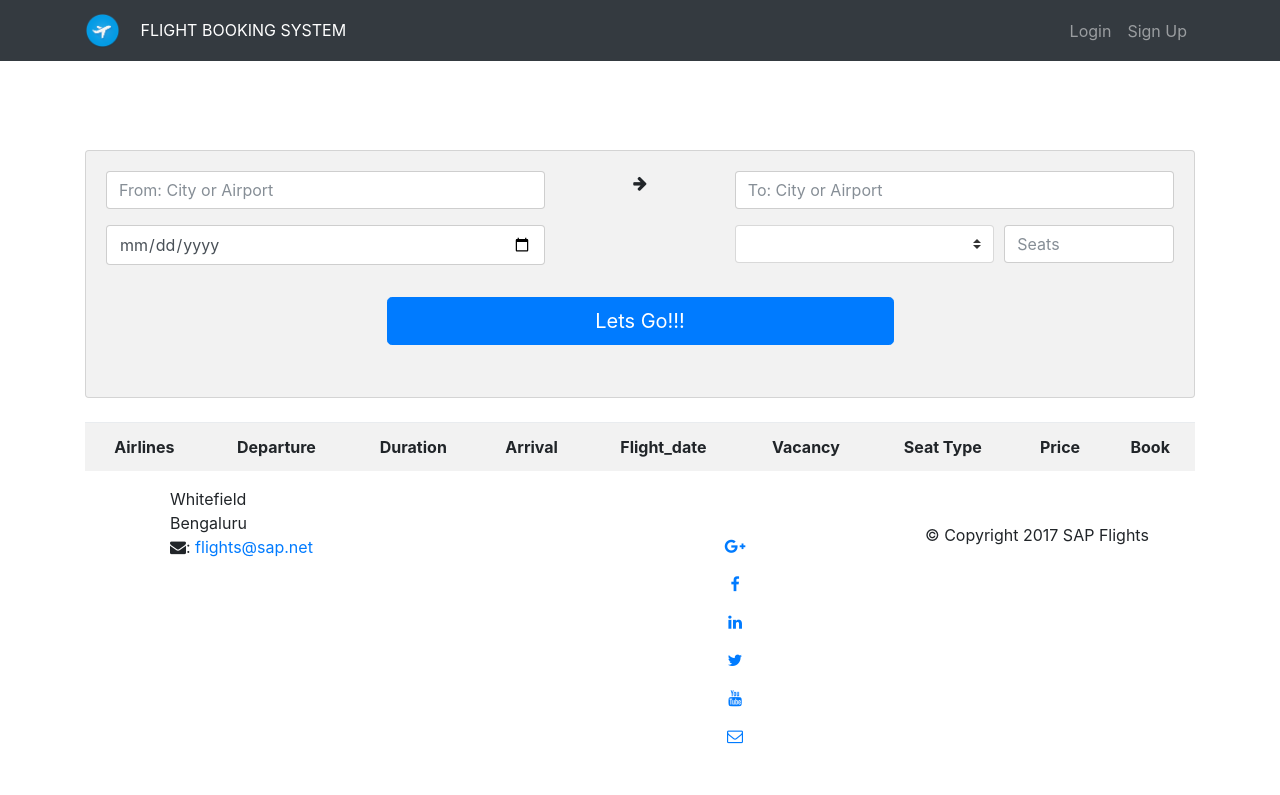
Repository: yashtatia/Spring-Practice
Page: http://localhost/FitnessTracker/WEB-INF/jsp/flightpage.jsp
These files come from the project's save history. The page is drawn as it stood at one moment and after the next save; the edit follows.
The browser window is 1280 px wide. The pictures show the whole page.
Some web libraries are served in a nearby version. The page is served by Tomcat 9. Nobody is signed in. The template is opened directly, without the code that normally fills it, so the values that code supplies are empty.

Above is the page before, as saved 2017-09-05 20:14:32.

After the next save:
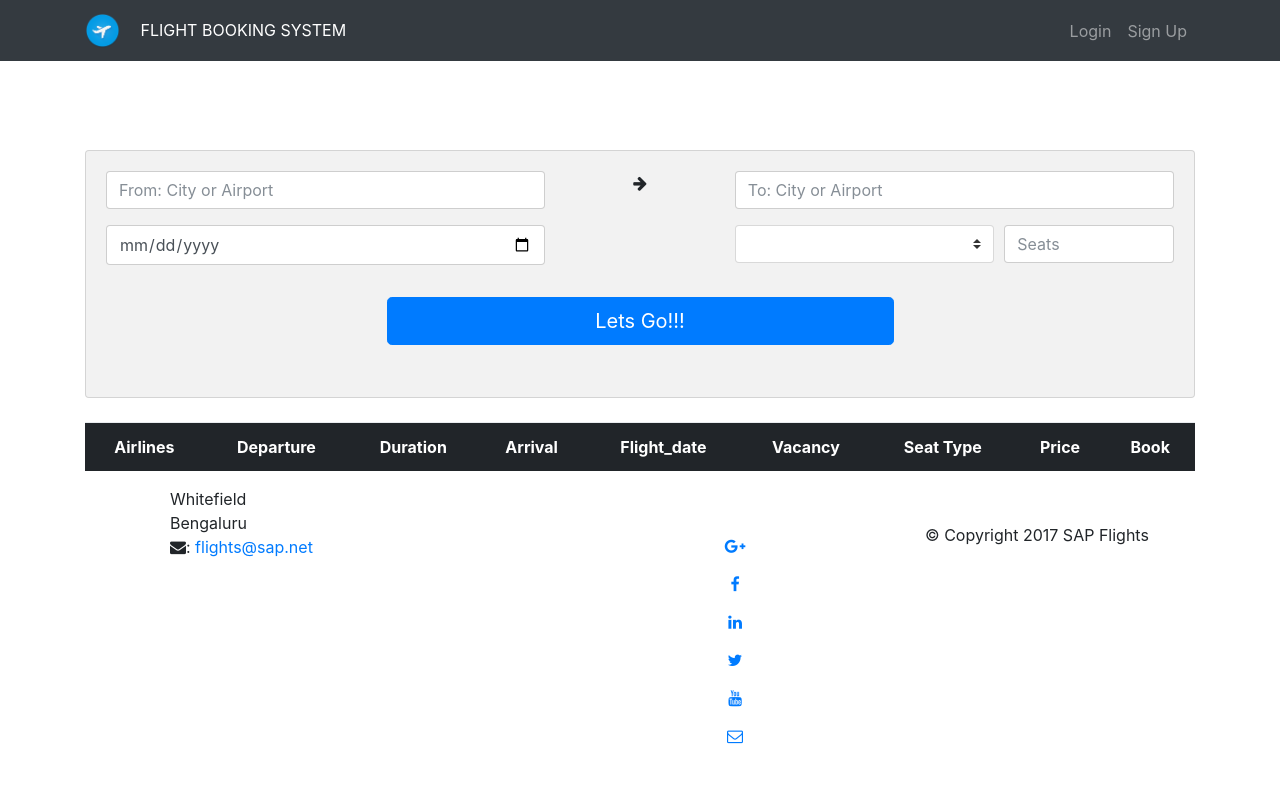
Saved 53 s later.
--- a/FitnessTracker/src/main/webapp/WEB-INF/jsp/flightpage.jsp
+++ b/FitnessTracker/src/main/webapp/WEB-INF/jsp/flightpage.jsp
@@ -64,7 +64,7 @@
 		<div class="row row-content">
 			<div class="col-lg-12 " >
 				<table class="table table-striped table-hover">
-					<tr>
+					<tr class="thead-inverse">
 						<th>Airlines</th>
 						<th>Departure</th>
 						<th>Duration</th>
